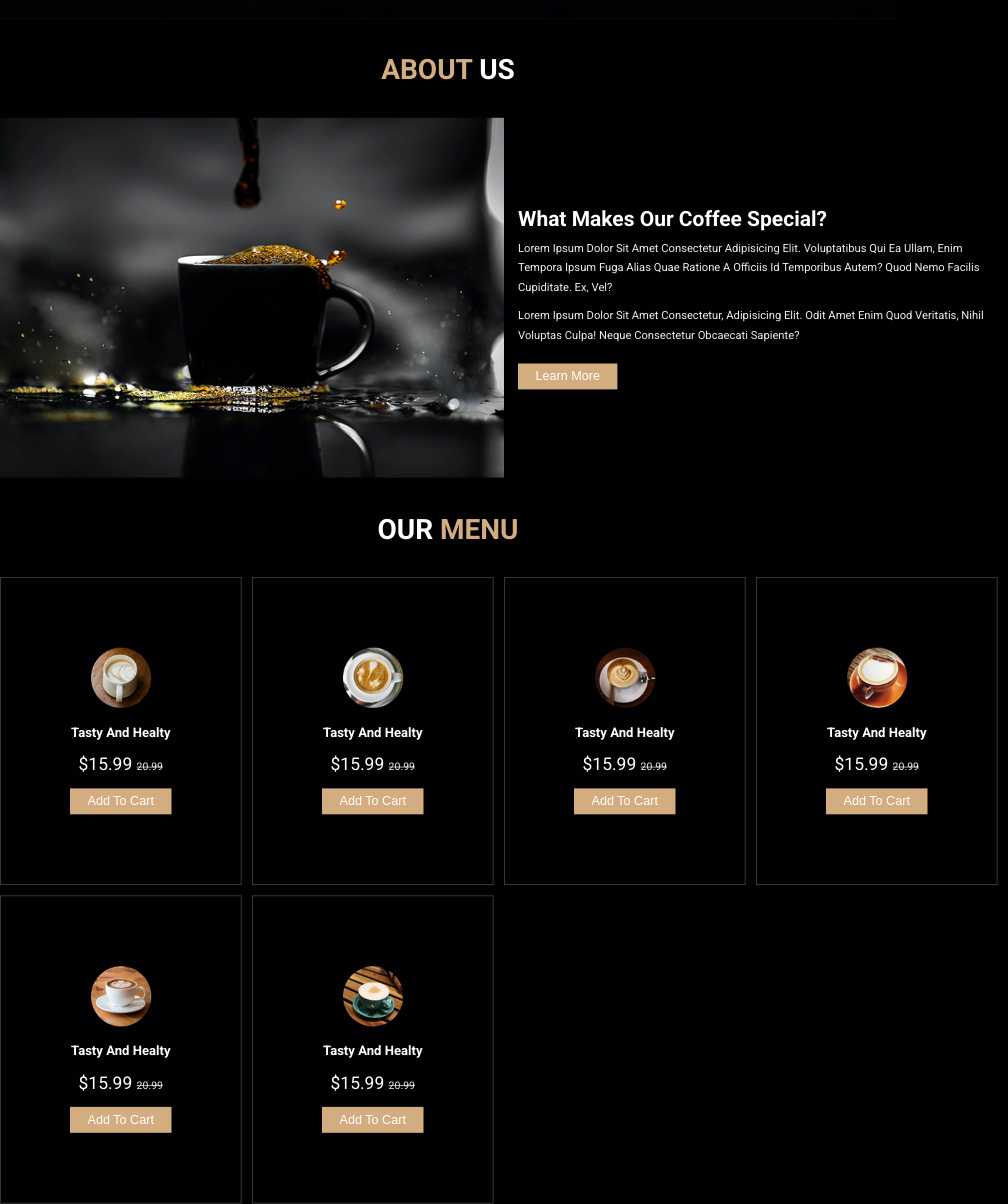
Repository: Dinhthai303/DinhThai
Page: index.html
An editor plug-in stored every save of this project. The page is shown before and after the next save, followed by the edit.
The browser window is 1280 px wide. The page is 1440 px wide, so the pictures cover 1440 px, including what lies to the right of the window. The pictures show the part of the page from y = 915 to 2635 px (the page is 2635 px tall before and 2425 px after), at 70% of full size.

Above is the page before, as saved 2021-11-28 00:41:02.

After the next save:
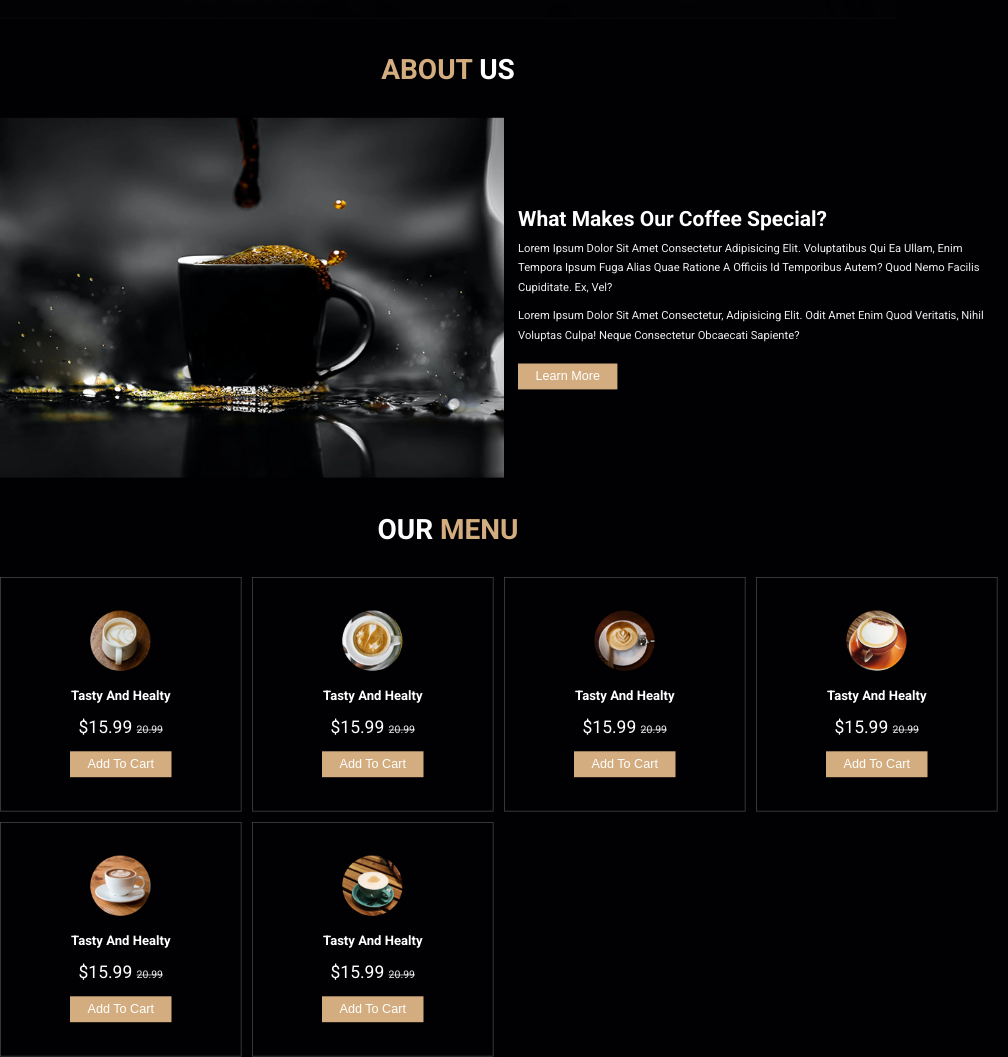
Saved 8 s later.
--- a/css/style.css
+++ b/css/style.css
@@ -147,8 +147,11 @@ body{
 .menu__item{
     width: calc(25% - 15px);
     border: 1px solid #4D4E4F;
-    padding: 100px 50px;
+    height: 335px;
     text-align: center;
+    display: flex;
+    justify-content: center;
+    align-items: center;
 }
 .menu__title{
     color: white;
